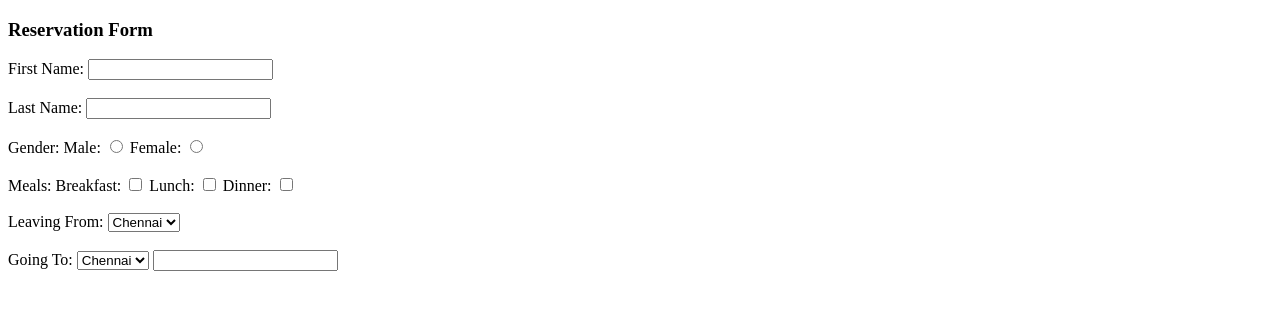
Repository: manshiginodia/SpringMVC
Page: http://localhost/II_SpringWebMVCApp/WEB-INF/view/reservation.jsp
These files come from the project's save history. The page is drawn as it stood at one moment and after the next save; the edit follows.
The browser window is 1280 px wide. The pictures show the whole page.
The page is served by Tomcat 9. Nobody is signed in. Other server files are loaded and not shown. The template is opened directly, without the code that normally fills it, so the values that code supplies are empty.

Above is the page before, as saved 2022-11-21 11:06:26.

### II_SpringWebMVCApp/src/main/webapp/WEB-INF/view/reservation.jsp
<%@ page language="java" contentType="text/html; charset=ISO-8859-1"
	pageEncoding="ISO-8859-1"%>
<%@ taglib uri="http://www.springframework.org/tags/form"
	prefix="tagform"%>
<!DOCTYPE html>
<html>
<head>
<meta charset="ISO-8859-1">
<title>Insert title here</title>
</head>
<body>
	<!-- spring form -->
	<h3>Reservation Form</h3>
	<tagform:form action="submitForm" modelAttribute="Reservation">

First Name: <tagform:input path="firstName">
		</tagform:input>
		<br>
		<br>
Last Name: <tagform:input path="lastName">
		</tagform:input>
		<br>
		<br>
Gender:
Male: <tagform:radiobutton path="gender" value="Male">
		</tagform:radiobutton>
Female: <tagform:radiobutton path="gender" value="Feale">
		</tagform:radiobutton>
		<br>
		<br>
Meals:
Breakfast: <tagform:checkbox path="food" value="Breakfast" />
Lunch: <tagform:checkbox path="food" value="Lunch" />
Dinner: <tagform:checkbox path="food" value="Dinner" />
		<br>
		<br>
Leaving From:
<tagform:select path="cityfrom">
			<tagform:option value="Chennai">Chennai</tagform:option>
			<tagform:option value="Mumbai">Mubai</tagform:option>
			<tagform:option value="Delhi">Delhi</tagform:option>
			<tagform:option value="Kolkata">Kolkata</tagform:option>
		</tagform:select>
		<br>
		<br>
Going To:
		<tagform:select path="cityto">
			<tagform:option value="Chennai">Chennai</tagform:option>
			<tagform:option value="Mumbai">Mubai</tagform:option>
			<tagform:option value="Delhi">Delhi</tagform:option>
			<tagform:option value="Kolkata">Kolkata</tagform:option>
		</tagform:select>

<input


	</tagform:form>
</body>
</html>

After the next save:
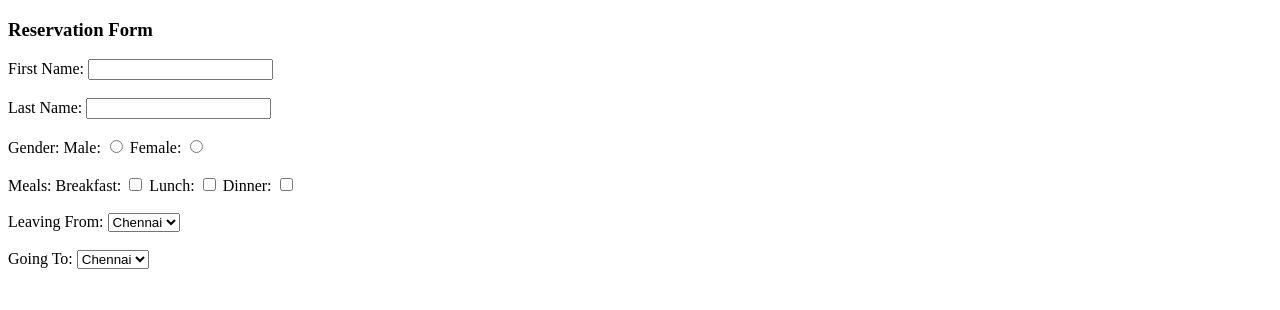
Saved 63 s later.
--- a/II_SpringWebMVCApp/src/main/webapp/WEB-INF/view/reservation.jsp
+++ b/II_SpringWebMVCApp/src/main/webapp/WEB-INF/view/reservation.jsp
@@ -51,9 +51,6 @@ Going To:
 			<tagform:option value="Kolkata">Kolkata</tagform:option>
 		</tagform:select>
 
-<input
-
-
 	</tagform:form>
 </body>
 </html>
